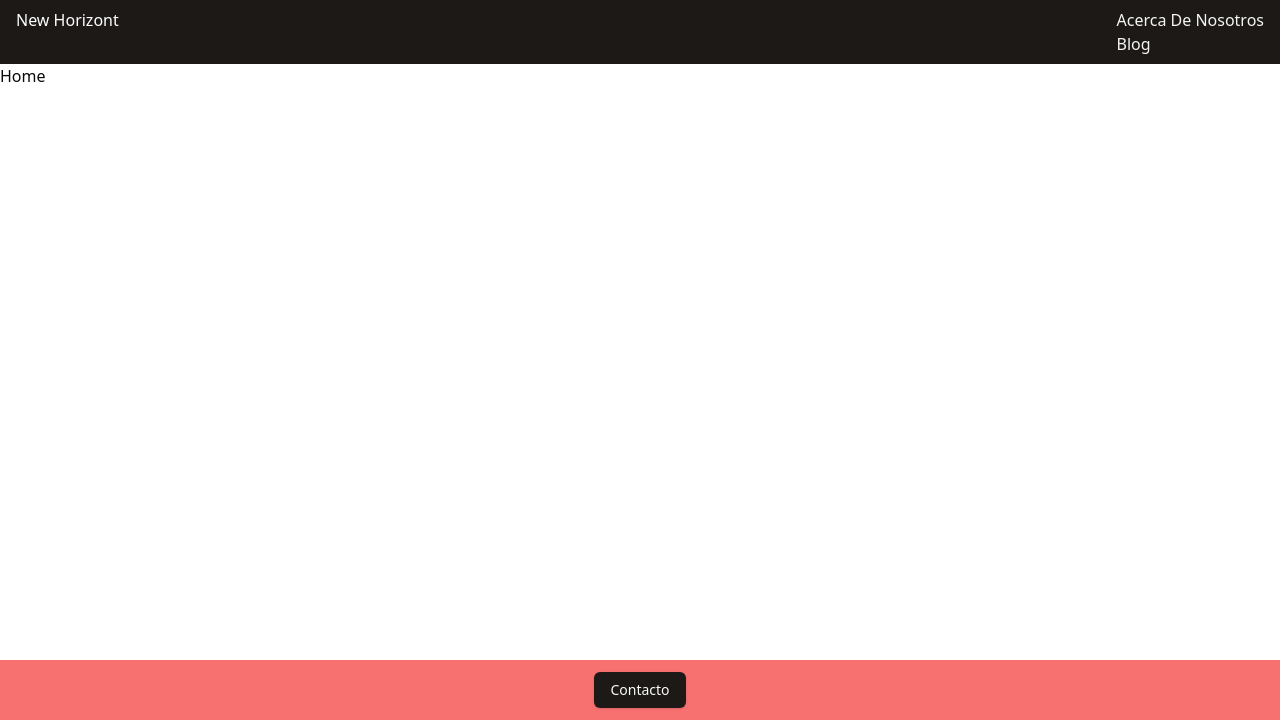
Repository: jefrydep/new-horizont-school
Page: /
These files come from the project's save history. The page is drawn as it stood at one moment and after the next save; the edit follows.
The browser window is 1280 px wide. The pictures show the whole page.
The project was rebuilt for these pictures with package versions that can differ from the ones it lists, and the page was loaded fresh each time. The framework's server and built-in components were replaced by stand-ins that run in the browser. Also part of the build but not shown: next.config.ts.

Above is the page before, as saved 2024-11-07 17:33:01.

### src/app/(new-horizont-school)/layout.tsx
// import type { Metadata } from "next";
// import localFont from "next/font/local";

import Navbar from "@/components/Navbar";

// const geistSans = localFont({
//   src: "./fonts/GeistVF.woff",
//   variable: "--font-geist-sans",
//   weight: "100 900",
// });
// const geistMono = localFont({
//   src: "./fonts/GeistMonoVF.woff",
//   variable: "--font-geist-mono",
//   weight: "100 900",
// });

// export const metadata: Metadata = {
//   title: "Create Next App",
//   description: "Generated by create next app",
// };

export default function SchoolLayout({
  children,
}: Readonly<{
  children: React.ReactNode;
}>) {
  return (
    <html lang="en">
      <body
      // className={`${geistSans.variable} ${geistMono.variable} antialiased`}
      >
        {children}
      </body>
    </html>
  );
}

### src/app/layout.tsx
import type { Metadata } from "next";
import localFont from "next/font/local";
import "./globals.css";
import Navbar from "@/components/Navbar";
import { Button } from "@/components/ui/button";

const geistSans = localFont({
  src: "./fonts/GeistVF.woff",
  variable: "--font-geist-sans",
  weight: "100 900",
});
const geistMono = localFont({
  src: "./fonts/GeistMonoVF.woff",
  variable: "--font-geist-mono",
  weight: "100 900",
});

export const metadata: Metadata = {
  title: "Create Next App",
  description: "Generated by create next app",
};

export default function RootLayout({
  children,
}: Readonly<{
  children: React.ReactNode;
}>) {
  return (
    <html lang="en">
      <body
        className={`   ${geistSans.variable} ${geistMono.variable} antialiased`}
      >
        <Navbar />
        {children}
        <div className=" bg-red-400 flex justify-center py-3 absolute bottom-0 right-0 left-0">
          <Button>Contacto</Button>
        </div>
        {/* <div className="absolute bg-red-400 bottom-0 left-1/2 transform -translate-x-1/2 mb-4">
          <Button>Contacto</Button>
        </div> */}
      </body>
    </html>
  );
}

### src/app/globals.css
@tailwind base;
@tailwind components;
@tailwind utilities;

/* :root {
  --background: #ffffff;
  --foreground: #171717;
}

@media (prefers-color-scheme: dark) {
  :root {
    --background: #0a0a0a;
    --foreground: #ededed;
  }
}

body {
  color: var(--foreground);
  background: var(--background);
  font-family: Arial, Helvetica, sans-serif;
} */
@layer base {
  :root {
    --background: 0 0% 100%;
    --foreground: 20 14.3% 4.1%;
    --card: 0 0% 100%;
    --card-foreground: 20 14.3% 4.1%;
    --popover: 0 0% 100%;
    --popover-foreground: 20 14.3% 4.1%;
    --primary: 24 9.8% 10%;
    --primary-foreground: 60 9.1% 97.8%;
    --secondary: 60 4.8% 95.9%;
    --secondary-foreground: 24 9.8% 10%;
    --muted: 60 4.8% 95.9%;
    --muted-foreground: 25 5.3% 44.7%;
    --accent: 60 4.8% 95.9%;
    --accent-foreground: 24 9.8% 10%;
    --destructive: 0 84.2% 60.2%;
    --destructive-foreground: 60 9.1% 97.8%;
    --border: 20 5.9% 90%;
    --input: 20 5.9% 90%;
    --ring: 20 14.3% 4.1%;
    --chart-1: 12 76% 61%;
    --chart-2: 173 58% 39%;
    --chart-3: 197 37% 24%;
    --chart-4: 43 74% 66%;
    --chart-5: 27 87% 67%;
    --radius: 0.5rem
  }
  .dark {
    --background: 20 14.3% 4.1%;
    --foreground: 60 9.1% 97.8%;
    --card: 20 14.3% 4.1%;
    --card-foreground: 60 9.1% 97.8%;
    --popover: 20 14.3% 4.1%;
    --popover-foreground: 60 9.1% 97.8%;
    --primary: 60 9.1% 97.8%;
    --primary-foreground: 24 9.8% 10%;
    --secondary: 12 6.5% 15.1%;
    --secondary-foreground: 60 9.1% 97.8%;
    --muted: 12 6.5% 15.1%;
    --muted-foreground: 24 5.4% 63.9%;
    --accent: 12 6.5% 15.1%;
    --accent-foreground: 60 9.1% 97.8%;
    --destructive: 0 62.8% 30.6%;
    --destructive-foreground: 60 9.1% 97.8%;
    --border: 12 6.5% 15.1%;
    --input: 12 6.5% 15.1%;
    --ring: 24 5.7% 82.9%;
    --chart-1: 220 70% 50%;
    --chart-2: 160 60% 45%;
    --chart-3: 30 80% 55%;
    --chart-4: 280 65% 60%;
    --chart-5: 340 75% 55%
  }
}
@layer base {
  * {
    @apply border-border;
  }
  body {
    @apply bg-background text-foreground;
  }
}

### src/components/Navbar.tsx
import { Menu } from "lucide-react";
import Link from "next/link";

export default function Navbar() {
  return (
    <header className="bg-primary h-16">
      <div className="flex justify-between m-auto      container px-4 py-2  ">
        <div className="text-white">New Horizont</div>
        <nav className="outline-none hidden sm:block list-none">
          <li className="text-secondary">
            <Link href={"/about"}>Acerca De Nosotros</Link>
          </li>
          <li className="text-secondary">
            <Link href={"/blog"}>Blog</Link>
          </li>
        </nav>
        <div className="  sm:hidden">
          <Menu color="white" size={45} />
        </div>
        {/* <li className="text-secondary">
            <Link href={"/about"}>About</Link>
          </li> */}
      </div>
    </header>
  );
}

### src/components/ui/button.tsx
import * as React from "react"
import { Slot } from "@radix-ui/react-slot"
import { cva, type VariantProps } from "class-variance-authority"

import { cn } from "@/lib/utils"

const buttonVariants = cva(
  "inline-flex items-center justify-center gap-2 whitespace-nowrap rounded-md text-sm font-medium transition-colors focus-visible:outline-none focus-visible:ring-1 focus-visible:ring-ring disabled:pointer-events-none disabled:opacity-50 [&_svg]:pointer-events-none [&_svg]:size-4 [&_svg]:shrink-0",
  {
    variants: {
      variant: {
        default:
          "bg-primary text-primary-foreground shadow hover:bg-primary/90",
        destructive:
          "bg-destructive text-destructive-foreground shadow-sm hover:bg-destructive/90",
        outline:
          "border border-input bg-background shadow-sm hover:bg-accent hover:text-accent-foreground",
        secondary:
          "bg-secondary text-secondary-foreground shadow-sm hover:bg-secondary/80",
        ghost: "hover:bg-accent hover:text-accent-foreground",
        link: "text-primary underline-offset-4 hover:underline",
      },
      size: {
        default: "h-9 px-4 py-2",
        sm: "h-8 rounded-md px-3 text-xs",
        lg: "h-10 rounded-md px-8",
        icon: "h-9 w-9",
      },
    },
    defaultVariants: {
      variant: "default",
      size: "default",
    },
  }
)

export interface ButtonProps
  extends React.ButtonHTMLAttributes<HTMLButtonElement>,
    VariantProps<typeof buttonVariants> {
  asChild?: boolean
}

const Button = React.forwardRef<HTMLButtonElement, ButtonProps>(
  ({ className, variant, size, asChild = false, ...props }, ref) => {
    const Comp = asChild ? Slot : "button"
    return (
      <Comp
        className={cn(buttonVariants({ variant, size, className }))}
        ref={ref}
        {...props}
      />
    )
  }
)
Button.displayName = "Button"

export { Button, buttonVariants }

Loaded but not shown: src/app/(new-horizont-school)/page.tsx (common file); src/lib/utils.ts (common file); tailwind.config.ts (common file)

After the next save:
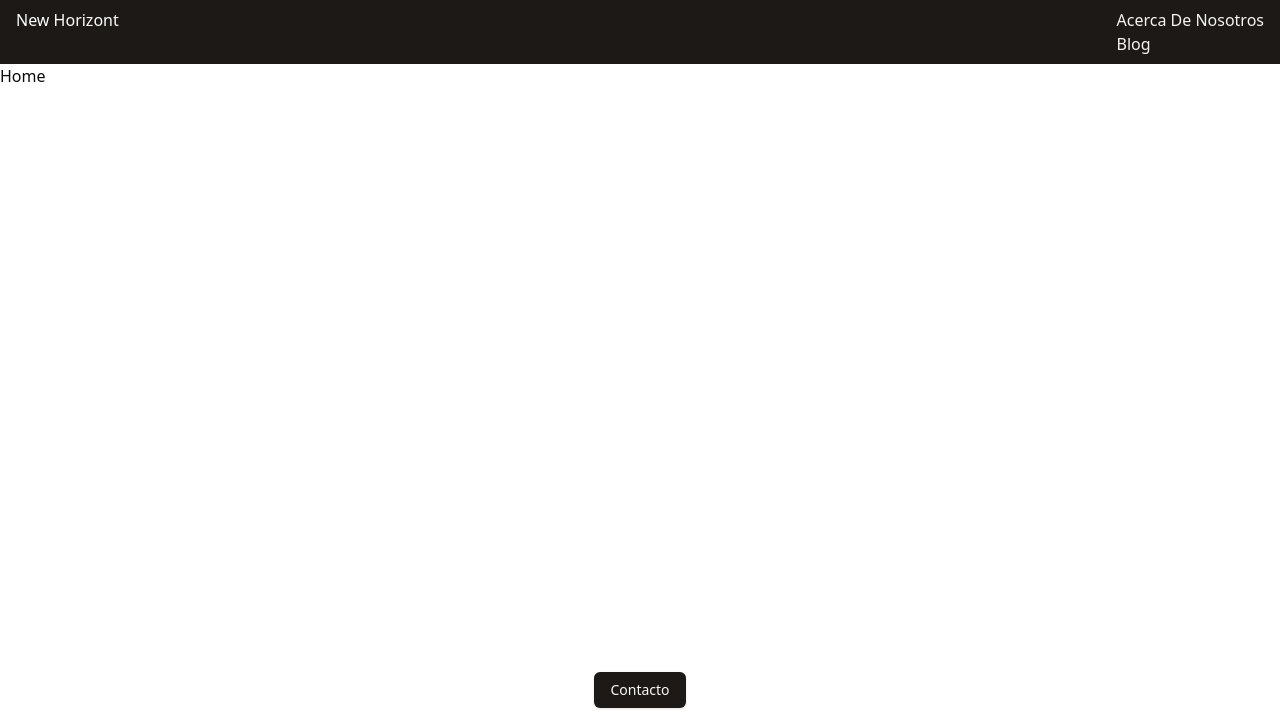
Saved 16 s later.
--- a/src/app/layout.tsx
+++ b/src/app/layout.tsx
@@ -32,7 +32,7 @@ export default function RootLayout({
       >
         <Navbar />
         {children}
-        <div className=" bg-red-400 flex justify-center py-3 absolute bottom-0 right-0 left-0">
+        <div className=" bg-white flex justify-center py-3 absolute bottom-0 right-0 left-0">
           <Button>Contacto</Button>
         </div>
         {/* <div className="absolute bg-red-400 bottom-0 left-1/2 transform -translate-x-1/2 mb-4">
